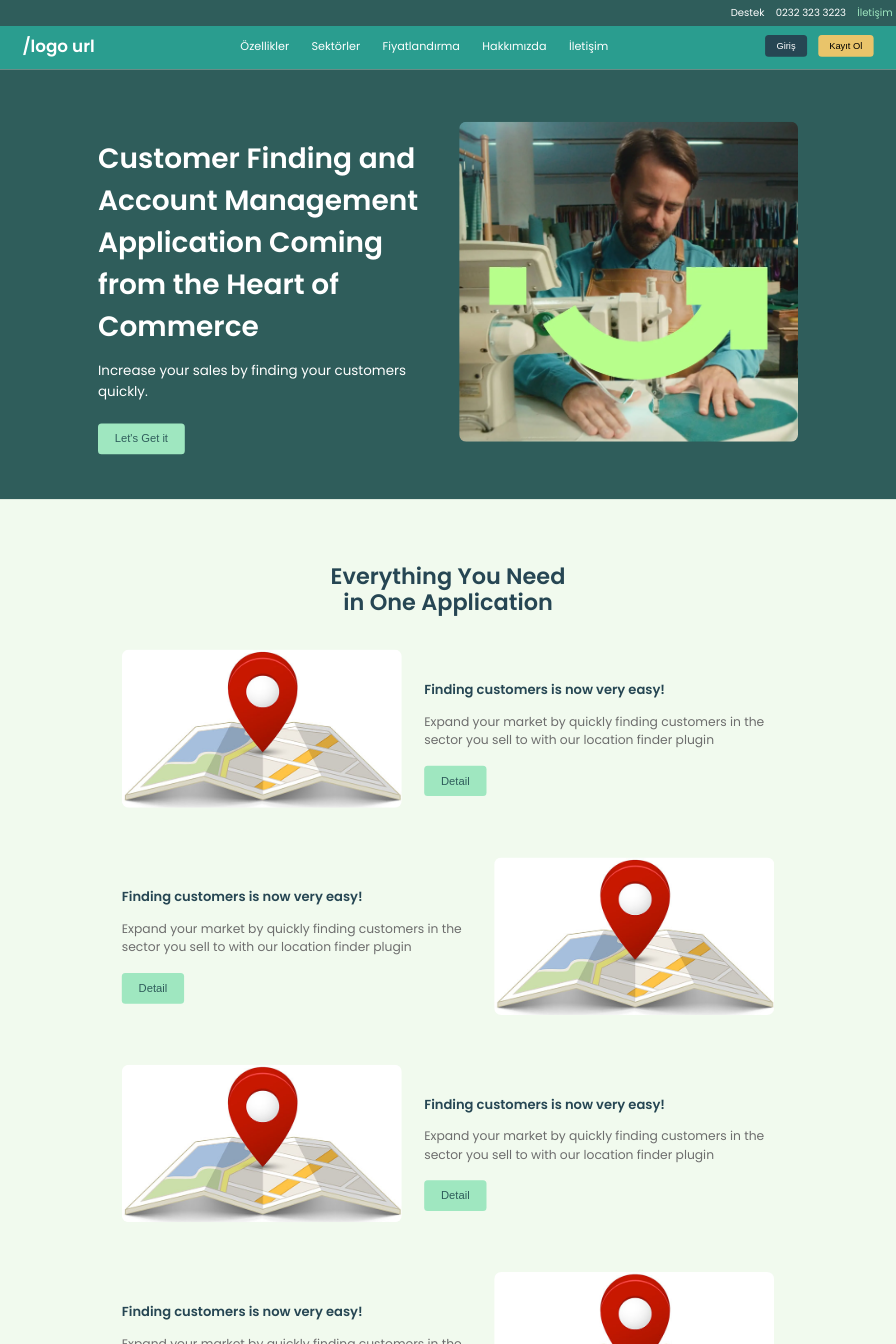
Repository: senolinanyasar/myrouteapplication
Page: /
An editor plug-in stored every save of this project. The page is shown before and after the next save, followed by the edit.
The browser window is 1280 px wide. The pictures show the part of the page from y = 0 to 1920 px (the page is 3720 px tall before and 3697 px after), at 70% of full size.
The project was rebuilt for these pictures with package versions that can differ from the ones it lists, and the page was loaded fresh each time. Also part of the build but not shown: vite.config.js.

Above is the page before, as saved 2024-11-14 20:51:41.

### src/index.css
@import url('https://fonts.googleapis.com/css2?family=Poppins:wght@400;600&display=swap');

body {
  font-family: 'Poppins', sans-serif;
  color: #264653;
  background-color: #f1faee;
  margin: 0;
  padding: 0;
  box-sizing: border-box;
}

code {
  font-family: source-code-pro, Menlo, Monaco, Consolas, 'Courier New',
    monospace;
}

### src/App.js
import React from 'react';
import HomePage from './components/HomePage';

function App() {
  return (
    <div className="App">
      <HomePage/>
    </div>
  );
}

export default App;

### src/components/HomePage.js
// HomePage.js
import React from 'react';
import TopBar from './TopBar';
import Header from './Header';
import HeroSection from './HeroSection';
import FeaturesSection from './FeaturesSection';
import PricingSection from './PricingSection';
import IndustriesSection from './IndustriesSection';
import SupportSection from './SupportSection';
import Footer from './Footer';

const HomePage = () => {
    return (
        <div>
            <TopBar />
            <Header />
            <HeroSection />
            <FeaturesSection />
            <IndustriesSection />
            <SupportSection />
            <PricingSection />
            <Footer />
        </div>
    );
};

export default HomePage;

### src/components/TopBar.js
// TopBar.js
import React from 'react';
import './TopBar.css';

const TopBar = () => {
    return (
        <div className="top-bar">
            <div className="top-bar-content">
                <span>Destek</span>
                <span>0232 323 3223</span>
                <a href="#contact">İletişim</a>
            </div>
        </div>
    );
};

export default TopBar;

### src/components/Header.js
// Header.js
import React from 'react';
import './Header.css';

const Header = () => {
    return(
        <header className="header">
            <div className="header-logo">/logo url</div>
            <nav className="header-nav">
                <a href="#features">Özellikler</a>
                <a href="#industries">Sektörler</a>
                <a href="#pricing">Fiyatlandırma</a>
                <a href="#about">Hakkımızda</a>
                <a href='#contact'>İletişim</a>
            </nav>
            <div className="header-buttons">
                <button className="login-button">Giriş</button>
                <button className="register-button">Kayıt Ol</button>
            </div>
        </header>
    );
};


export default Header;

### src/components/HeroSection.js
// HeroSection.js
import React from 'react';
import './HeroSection.css';
import herosectionimage from '../images/hero1.webp';

const HeroSection = () =>{
    return(
        <section className="hero">
            <div className='hero-content'>
                <div className='hero-text'>
                    <h1>Customer Finding and Account Management Application Coming from the Heart of Commerce</h1>
                    <p>Increase your sales by finding your customers quickly.</p>
                    <button className='cta-button'>Let's Get it</button>
                </div>
                <div className='hero-image'>
                    <img src={herosectionimage} alt="Hero"/>
                </div>
            </div>
        </section>
    );
};

export default HeroSection;

### src/components/FeaturesSection.js
// FeaturesSection.js
import React from 'react';
import './FeaturesSection.css';
import locationImage from '../images/location.jpg';

const FeaturesSection = () => {
    return (
        <section className="features-section">
            <h2 className='features-title'>Everything You Need <br /> in One Application</h2>
            <div className='feature'>
                <div className='feature-text'>
                    <h3>Finding customers is now very easy!</h3>
                    <p>Expand your market by quickly finding customers in the sector you sell to with our location finder plugin</p>

                <button className='cta-button'>Detail</button>
            </div>
            <div className='feature-image'>
            <img src={locationImage} alt="Location Feature" />
            </div>
            </div>

            <div className='feature'>
                <div className='feature-text'>
                    <h3>Finding customers is now very easy!</h3>
                    <p>Expand your market by quickly finding customers in the sector you sell to with our location finder plugin</p>

                <button className='cta-button'>Detail</button>
            </div>
            <div className='feature-image'>
            <img src={locationImage} alt="Location Feature" />
            </div>
            </div>
            <div className='feature'>
                <div className='feature-text'>
                    <h3>Finding customers is now very easy!</h3>
                    <p>Expand your market by quickly finding customers in the sector you sell to with our location finder plugin</p>

                <button className='cta-button'>Detail</button>
            </div>
            <div className='feature-image'>
            <img src={locationImage} alt="Location Feature" />
            </div>
            </div>
            <div className='feature'>
                <div className='feature-text'>
                    <h3>Finding customers is now very easy!</h3>
                    <p>Expand your market by quickly finding customers in the sector you sell to with our location finder plugin</p>

                <button className='cta-button'>Detail</button>
            </div>
            <div className='feature-image'>
            <img src={locationImage} alt="Location Feature" />
            </div>
            </div>
        </section>
    );
};

export default FeaturesSection;

### src/components/PricingSection.js
// PricingSection.js
import React from "react";
import './PricingSection.css';

const PricingSection = () => {
    return (
        <section className="pricin-section">
          <div className="price-content">
          <h2>Affordable Prices for Those Who Know Their Worth at My Route Application!</h2>
          <button className="cta-button">Check Prices</button>
          </div>
      </section>
    );
};

export default PricingSection;

### src/components/IndustriesSection.js
// IndustriesSection.js
import React from "react";
import './IndustriesSection.css';

const IndustriesSection = () => {
    return (
        <section className="industries">
            <h2>Hizmet Verdiğimiz Sektörler</h2>
            <div className="industry-cards">
                <div className="industry-card">
                    <h3>Toptancı</h3>
                    <p>Toptancı işletmelerinin operasyonlarını kolaylaştırmaya yardımcı olmak.</p>
                </div>
            </div>
        </section>
    );
};

export default IndustriesSection;

### src/components/SupportSection.js
//SupportSection.js
import React from "react";
import './SupportSection.css';
import supportImage from '../images/supportimage.jpg';


const SupportSection = () =>{
    return (
        <section className="support-section">
            <div className="support-content">
                <div className="support-text">
                <h2>We're Here for You When You Need Us!</h2>
          <p>We care about your business as much as you do.</p>
          <p>Whenever you need support, we are just a phone call away!</p>
          <button className="cta-button">Contact Us</button>
                </div>
                <div className="support-image">
                <img src={supportImage} alt="Support Team" />
                </div>
            </div>
        </section>
    );
};

export default SupportSection;

### src/components/Footer.js
// Footer.js

import React from 'react';
import './Footer.css';
import { FaFacebook, FaInstagram, FaLinkedin, FaTwitter, FaYoutube } from 'react-icons/fa';

const Footer = () => {
    return (
        <footer className="footer">
            <div className='footer-container'>
                {/* Logo ve Adres */}
                <div className='footer-logo-section'>
                    <h2 className='footer-logo'>MyRouteApp</h2>
                    <p>Şirket Adres : İZMİR</p>
                    <div className='social-icons'>
                        <FaFacebook />
                        <FaTwitter />
                        <FaInstagram />
                        <FaLinkedin />
                        <FaYoutube />
                    </div>
                </div>

                {/* Site Haritası */}
                <div className="footer-links">
                    <h3>Özellikler</h3>
                    <ul>
                        <li>-----------</li>
                        <li>-----------</li>
                        <li>-----------</li>
                        <li>-----------</li>
                        <li>-----------</li>
                        <li>-----------</li>
                    </ul>
                </div>

                <div className="footer-links">
                    <h3>Şirket</h3>
                    <ul>
                        <li>-----------</li>
                        <li>-----------</li>
                        <li>-----------</li>
                        <li>-----------</li>
                    </ul>
                </div>

                <div className="footer-links">
                    <h3>Hakkımızda</h3>
                    <ul>
                        <li>Gizlilik Koşulları</li>
                        <li>KVKK Aydınlatma Metni</li>
                    </ul>
                </div>
            </div>

            <div className="footer-bottom">
                <p>&copy; 2024 Tüm hakları saklıdır.</p>
            </div>
        </footer>
    );
};

export default Footer;

### src/components/TopBar.css
/* TopBar.css */

.top-bar {
    background-color: #2f5d5b;
    color: white;
    padding: 0.5rem;
    font-size: 0.9rem;
    display: flex;
    justify-content: center;
    position: fixed;
    top: 0;
    width: 99%;
    z-index: 1000;
}
.top-bar-content {
    display: flex;
    gap: 1rem;
    align-items: center;
    justify-content: flex-end;
    width: 100%;
}

.top-bar-content span{
    color: #ffffff;
}
.top-bar-content a{
    color: #9fe7c0;
    text-decoration: none;
    transition: color 0.3s;
}

.top-bar-content a:hover{
    color: #c3f2d0;
}

### src/components/Header.css
/* Header.css */
.header{
    display: flex;
    justify-content: space-between;
    align-items: center;
    padding: 1rem 2rem;
    background-color: #2a9d8f;
    color: white;
    margin-top: 2rem;
    position: sticky;
    top: 2rem;
    z-index: 999;
}


.header-logo {
    font-size: 1.5rem;
    font-weight: bold;
}
.header-nav a{
    margin: 0 1rem;
    color: white;
    text-decoration: none;
}
.header-nav a:hover {
    color: #e9c46a;
  }

.header-buttons button{
    margin-left: 1rem;
    padding: 0.5rem 1rem;
    border: none;
    border-radius: 5px;
}

.login-button{
    background-color: #264653;
    color: white;
}

.register-button{
    background-color: #e9c46a;
    color: black;
}

### src/components/HeroSection.css
.hero {
    padding: 4rem 2rem;
    background-color: #2f5d5b;
    color: white;

}

.hero-content {
    display: flex;
    align-items: center;
    justify-content: space-between;
    max-width: 1000px;
    margin: 0 auto;
}

.hero-text {
    flex: 1;
    margin-right: 2rem;
}

.hero h1 {
    font-size: 2.5rem;
    margin-bottom: 1rem;

}

.hero p {
    font-size: 1.2rem;
    margin-bottom: 2rem;

}

.cta-button {
    padding: 0.8rem 1.5rem;
    font-size: 1rem;
    color: #2f5d5b;
    background-color: #9fe7c0;
    border: none;
    border-radius: 5px;
    cursor: pointer;
    transition: background-color 0.3s ease;
}

.cta-button:hover {
    background-color: #c3f2d0;
}

.hero-image {
    flex: 1;
    max-width: 500px;
    height: auto;

}

.hero-image img {
    width: 100%;
    height: auto;
    object-fit: cover;
    border-radius: 10px;
}

### src/components/FeaturesSection.css
/* FeaturesSection.css */
.features-section {
    padding: 4rem 2rem;
    text-align: center;
}

.features-title {
    font-size: 2rem;
    font-weight: 600;
    color: #264653;
    margin-bottom: 3rem;
    line-height: 1.2;
}



.feature {
    display: flex;
    align-items: center;
    justify-content: center;
    gap: 2rem;
    margin-bottom: 4rem;
    flex-direction: row;
}

.feature:nth-child(even) {
    flex-direction: row-reverse;
}

.feature-text {
    flex: 1;
    max-width: 500px;
    text-align: left;
}

.features h3 {
    font-size: 1.8rem;
    font-weight: 600;
    color: #264653;
    margin-bottom: 1rem;
}

.feature-text p {
    font-size: 1.1rem;
    color: #6d6d6d;
    margin-bottom: 1.5rem;
}

.cta-button {
    padding: 0.8rem 1.5rem;
    font-size: 1rem;
    color: #2f5d5b;
    background-color: #9fe7c0;
    border: none;
    border-radius: 5px;
    cursor: pointer;
    transition: background-color 0.3s ease;
    text-align: center;
}

.cta-button:hover {
    background-color: #c3f2d0;
}

.feature-image {
    flex: 1;
    max-width: 400px;
    height: auto;
}

.feature-image img {
    width: 100%;
    height: auto;
    object-fit: cover;
    border-radius: 10px;
}

### src/components/PricingSection.css
/* PricingSection.css */

.pricin-section{
    background-color: #f0fdeb;
    padding: 4rem 2rem;
    text-align: center;
}
.price-content{
    max-width: 800px;
    margin:  0 auto;
}

.price-content h2{
    font-size: 2rem;
    font-weight: 600;
    color: #264653;
    margin-bottom: 1.5rem;
}

.cta-button {
    padding: 0.8rem 1.5rem;
    font-size: 1rem;
    color: #2f5d5b;
    background-color: #9fe7c0;
    border: none;
    border-radius: 5px;
    cursor: pointer;
    transition: background-color 0.3s ease;
  }

  .cta-button:hover {
    background-color: #c3f2d0;
  }

### src/components/IndustriesSection.css
/* IndustriesSection.css */

.industries {
    padding: 3rem;
    background-color: #264653;
    color: white;
    text-align: center;
}

.industries h2{
    font-size: 2rem;
    margin-bottom: 2rem;
}

.industries-cards{
    display: flex;
    justify-content: space-around;
    flex-wrap: wrap;
}

.industries-card{
    background-color: #2a9d8f;
    padding: 1.5rem;
    border-radius: 10px;
    width: 250px;
    margin: 1rem;
    box-shadow: 0px 4px 8px rgba(0, 0, 0, 0,2);
    transition: transform 0.3s ease;
}

.industries-card:hover{
    transform: translateY(-5px);
}

### src/components/SupportSection.css
/*SupportSection.css */
.support-section{
    background-color: #f9fafb;
    padding: 4rem 2rem;
    display: flex;
    justify-content: center;
    align-items: center;
}

.support-content{
    display: flex;
    align-items: center;
    justify-content: space-between;
    max-width: 1200px;
    gap: 2rem;
}

.support-text{
    flex: 1;
    max-width: 500px;
    text-align: left;
}
.support-text h2{
    font-size: 2rem;
    color: #264653;
    margin-bottom: 1rem;
}

.support-text p {
    font-size: 1.1rem;
    color: #6d6d6d;
    margin-bottom: 1rem;
  }

  .cta-button {
    padding: 0.8rem 1.5rem;
    font-size: 1rem;
    color: #2f5d5b;
    background-color: #9fe7c0;
    border: none;
    border-radius: 5px;
    cursor: pointer;
    transition: background-color 0.3s ease;
  }

  .cta-button:hover {
    background-color: #c3f2d0;
  }

  .support-image {
    flex: 1;
    max-width: 500px;
  }

  .support-image img {
    width: 100%;
    height: auto;
    object-fit: cover;
    border-radius: 10px;
  }

### src/components/Footer.css
/* Footer.css */

.footer {
    background-color: #2f5d5b;
    color: white;
    padding: 3rem 2rem;
}
.footer-container{
    display: flex;
    flex-wrap: wrap;
    justify-content: space-around;
    gap: 2rem;
}

.footer-logo-seciton{
    max-width: 200px;
}

.footer-logo{
    font-size: 1.5rem;
    margin-bottom: 1rem;
}
.footer-logo-seciton p{
    margin-bottom: 1rem;
}
.social-icons{
    display: flex;
    gap: 0.5rem;
}
.social-icons svg:hover{
    color: #9fe7c0;
}
.footer-links{
    max-width: 150px;
}
.footer-links h3{
    font-size: 1.2rem;
    margin-bottom: 1rem;
}
.footer-links ul{
    list-style: none;
    padding: 0;
}
.footer-links ul li {
    margin-bottom: 0.5rem;
    cursor: pointer;
    transition: color 0.3s;
}
.footer-links ul li:hover{
    color: #9fe7c0;
}

.footer-bottom {
    text-align: center;
    margin-top: 2rem;
    font-size: 0.9rem;
    border-top: 1px solid #9fe7c0;
    padding-top: 1rem;
}

Loaded but not shown: public/index.html (common file); src/index.js (common file); src/reportWebVitals.js (common file)

After the next save:
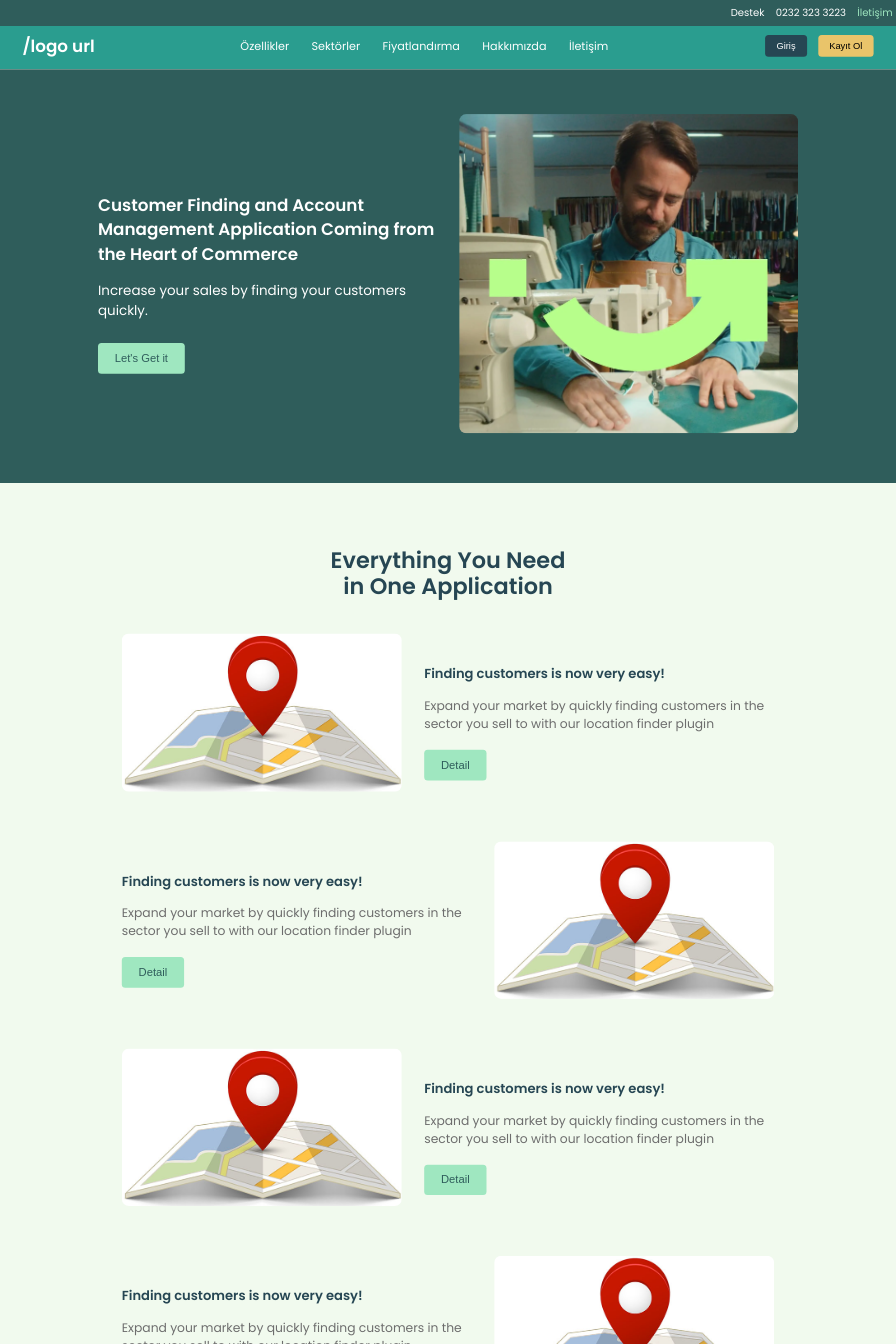
Saved 79 s later.
--- a/src/components/HeroSection.css
+++ b/src/components/HeroSection.css
@@ -18,7 +18,7 @@
     margin-right: 2rem;
 }
 
-.hero h1 {
+.hero h2 {
     font-size: 2.5rem;
     margin-bottom: 1rem;
 
